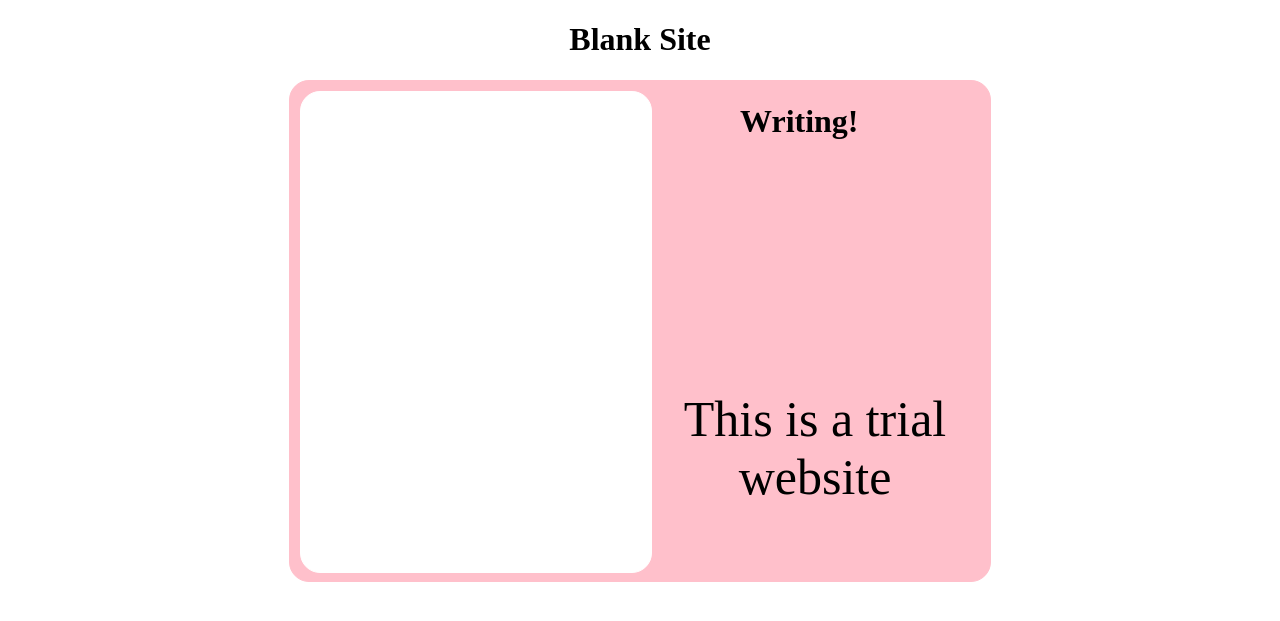
Repository: yhung004/Blank_Project
Page: index.html
These files come from the project's save history. The page is drawn as it stood at one moment and after the next save; the edit follows.
The browser window is 1280 px wide. The pictures show the whole page.

Above is the page before, as saved 2024-04-04 03:30:15.

After the next save:
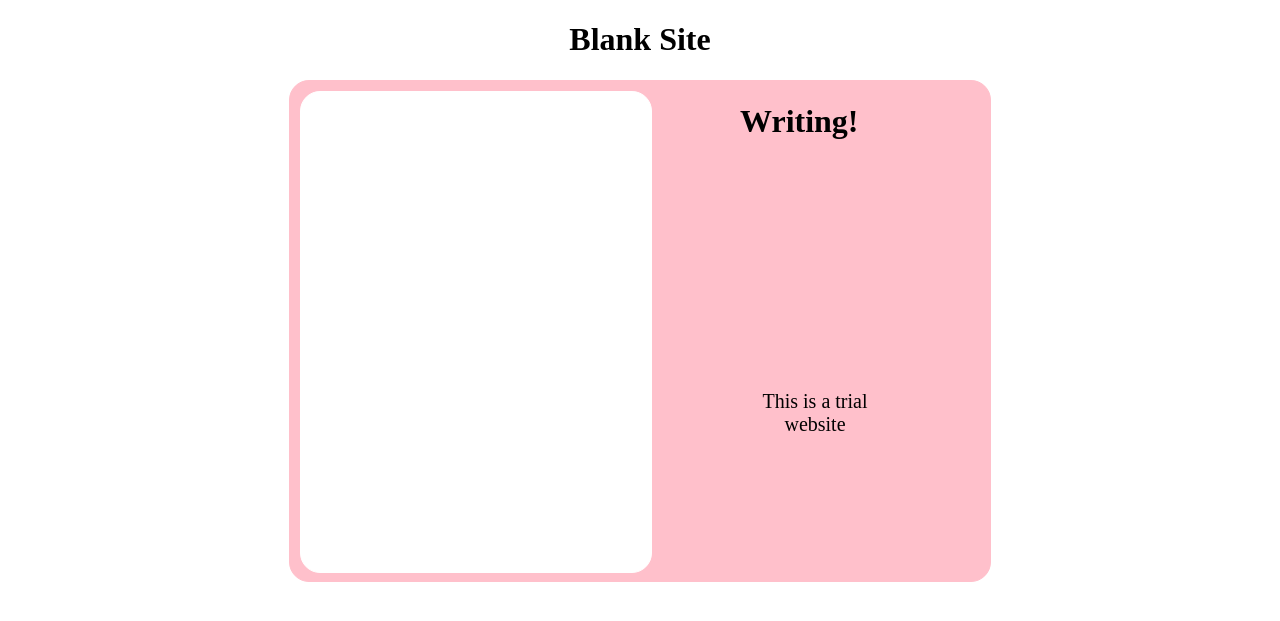
Saved 6 s later.
--- a/index.css
+++ b/index.css
@@ -30,5 +30,5 @@
     margin-left:-350px;
     margin-top: 250px;
     text-align:center;
-    font-size: 50px;
+    font-size: 20px;
 }
